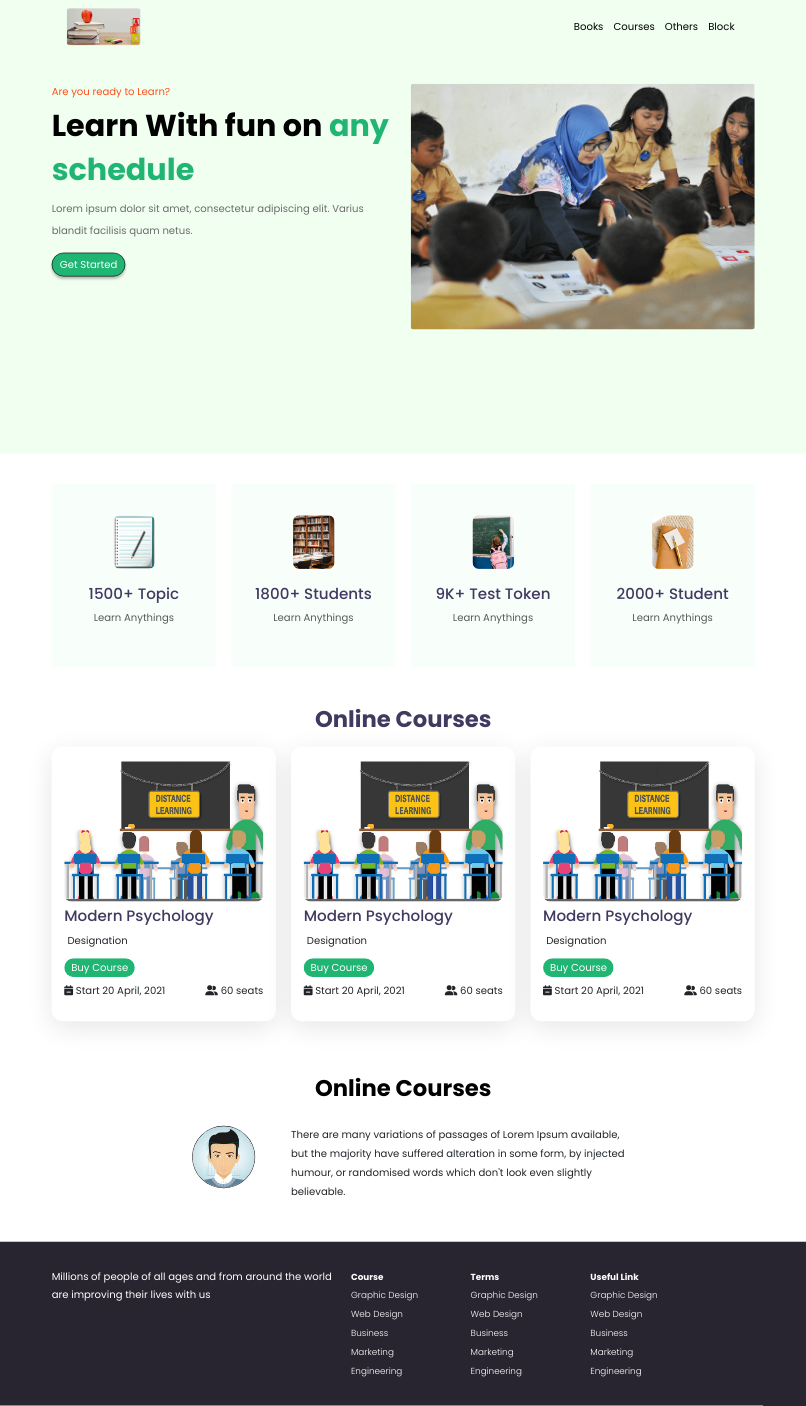
Repository: zjria/Figma-to-E-school
Page: index.html
These files come from the project's save history. The page is drawn as it stood at one moment and after the next save; the edit follows.
The browser window is 1280 px wide. The pictures show the whole page, at 63% of full size.
Some web libraries are served in a nearby version.

Above is the page before, as saved 2022-05-07 09:23:31.

After the next save:
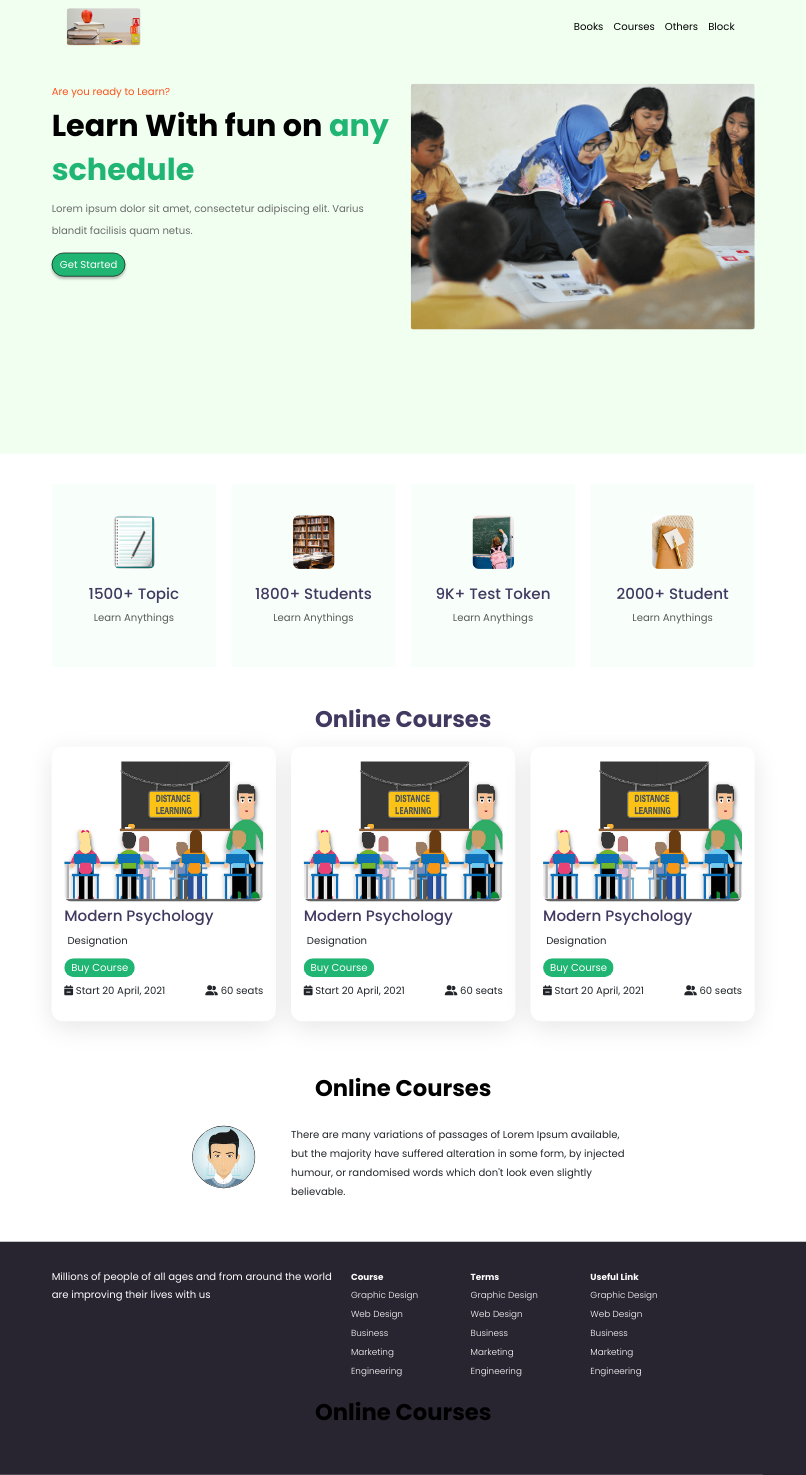
Saved 51 s later.
--- a/index.html
+++ b/index.html
@@ -224,8 +224,10 @@
           </div>
         </div>
         <div class="row">
-
-        </div>
+          <div class="col-12 online-header testimonial-color">
+            <h1 class="text-center p-4 ">Online Courses</h1>
+           </div>
+         </div>
       </div>
     </footer>
 
